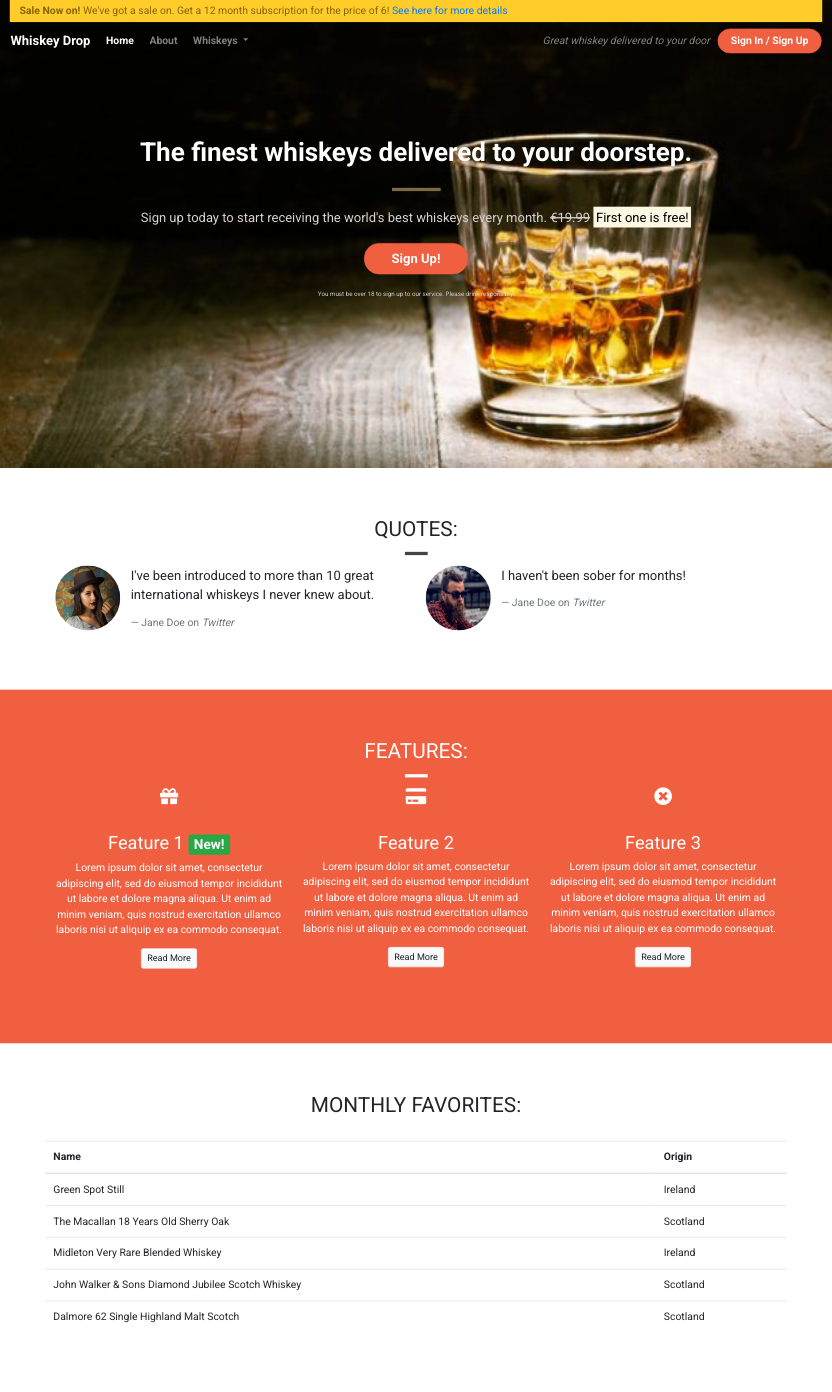
Repository: grisselfaura/BootstrappingYourNextBigIdea-BS4
Page: index.html
The author's editor kept a record of every edit. The page is drawn from the files as they stood at one moment, then again after the next edit.
The browser window is 1280 px wide. The pictures show the whole page, at 65% of full size.
Backgrounds fixed to the window are drawn as part of the page. Some web libraries are served in a nearby version.

Above is the page before.

After the next edit:
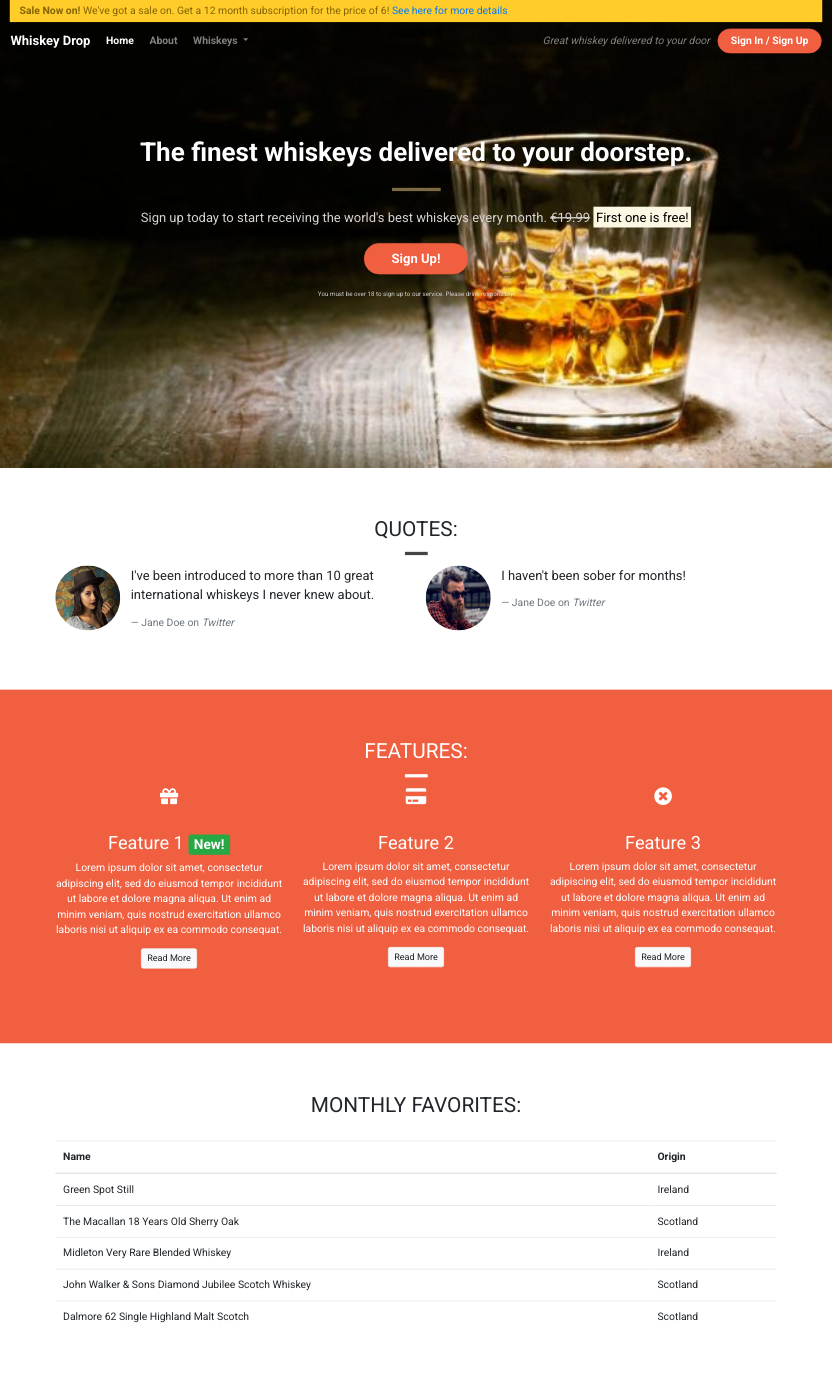
The edit:
--- a/index.html
+++ b/index.html
@@ -161,8 +161,9 @@
             <section class="Monthly favorites">
                 <div class="row">
                     <div class="col-12 page-header">
-                <h2 class="text-uppercase">Monthly favorites:</h2>
-                <hr class="block-divider block-divider--short block-divider--white">
+                        <h2 class="text-uppercase">Monthly favorites:</h2>
+                        <hr class="block-divider block-divider--short block-divider--white">
+                    </div>
                 </div>
                 <table class="table">
                     <thead>
